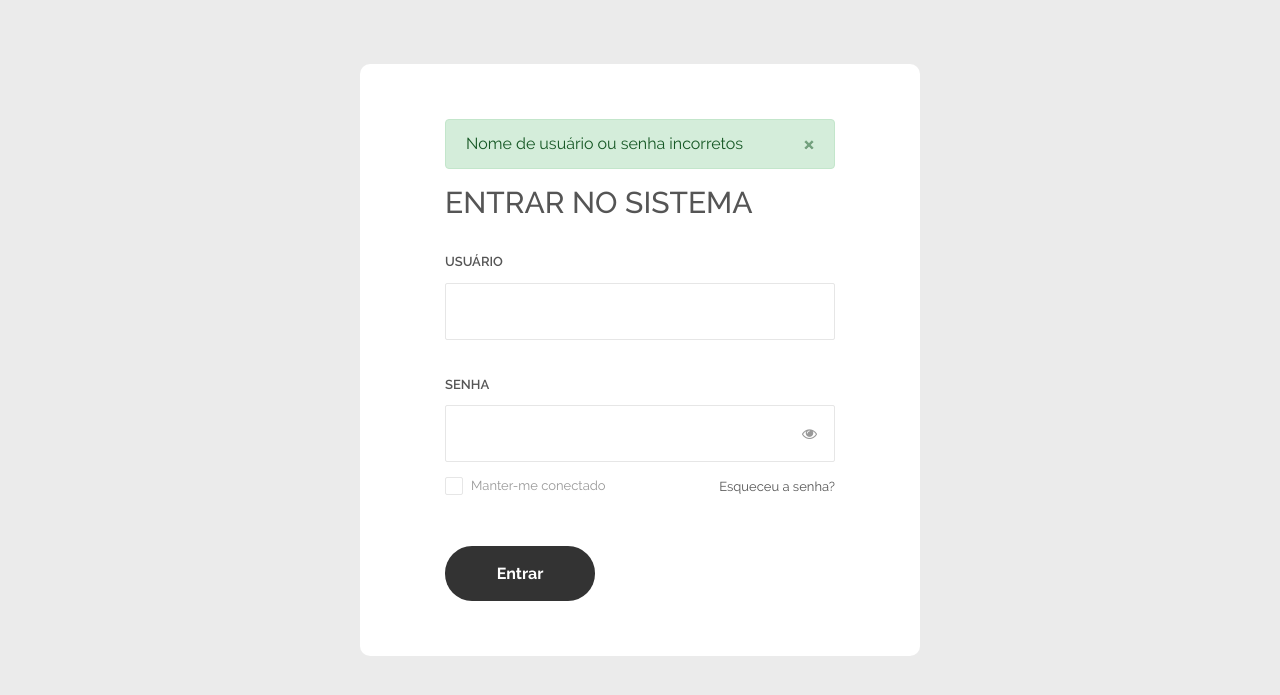
Repository: cauezito/JdevTreinamento
Page: http://localhost/Projeto_JSP/Login
The author's editor kept a copy of each file at every save. The page is drawn from the files as they stood at one save, then again after the next save.
The browser window is 1280 px wide. The pictures show the whole page.
The page is served by Tomcat 9. Other server files are loaded and not shown. Queries for data that is not in the repository find no rows.

Above is the page before, as saved 2020-06-16 13:19:28.

### Projeto JSP/WebContent/login.jsp
<jsp:useBean id="user" class="br.com.cauezito.beans.UserBean" type="br.com.cauezito.beans.UserBean" scope="page"/>
<%@ page language="java" contentType="text/html; charset=ISO-8859-1"
    pageEncoding="ISO-8859-1"%>
<%@ taglib uri="http://java.sun.com/jsp/jstl/core" prefix="c" %>
<!DOCTYPE html>
<html>
<head>
<meta name="viewport" content="width=device-width, initial-scale=0.8">
<meta charset="ISO-8859-1">
<title>Entrar</title>
	<link rel="icon" type="image/png" href="Login/images/icons/favicon.ico"/>
	<link rel="stylesheet" type="text/css" href="vendor/bootstrap/css/bootstrap.min.css">
	<link rel="stylesheet" type="text/css" href="Login/fonts/font-awesome-4.7.0/css/font-awesome.min.css">
	<link rel="stylesheet" type="text/css" href="Login/fonts/Linearicons-Free-v1.0.0/icon-font.min.css">
	<link rel="stylesheet" type="text/css" href="vendor/animate/animate.css">
	<link rel="stylesheet" type="text/css" href="vendor/css-hamburgers/hamburgers.min.css">
	<link rel="stylesheet" type="text/css" href="vendor/animsition/css/animsition.min.css">
	<link rel="stylesheet" type="text/css" href="vendor/select2/select2.min.css">
	<link rel="stylesheet" type="text/css" href="vendor/daterangepicker/daterangepicker.css">
	<link rel="stylesheet" type="text/css" href="Login/css/util.css">
	<link rel="stylesheet" type="text/css" href="Login/css/main.css">
</head>
<body>

<div class="limiter">
		<div class="container-login100">
			<div class="wrap-login100 p-l-85 p-r-85 p-t-55 p-b-55">
			<c:if test="${msg != null}">
				<div class="alert alert-success alert-dismissible fade show"
				role="alert">
					${msg}
					<button type="button" class="close" data-dismiss="alert"
						aria-label="Close">
						<span aria-hidden="true">&times;</span>
					</button>
				</div>
			</c:if>
				<form class="login100-form validate-form flex-sb flex-w" action="Login" method="post">
					<span class="login100-form-title p-b-32">
						Entrar no sistema
					</span>

					<span class="txt1 p-b-11">
						Usuário
					</span>
					<div class="wrap-input100 validate-input m-b-36" data-validate = "O usuário é necessário">
						<input class="input100" type="text" name="login" id="Login" >
						<span class="focus-input100"></span>
					</div>

					<span class="txt1 p-b-11">
						Senha
					</span>
					<div class="wrap-input100 validate-input m-b-12" data-validate = "A senha é necessária!">
						<span class="btn-show-pass">
							<i class="fa fa-eye"></i>
						</span>
						<input class="input100" type="password" name="password" id="password" >
						<span class="focus-input100"></span>
					</div>

					<div class="flex-sb-m w-full p-b-48">
						<div class="contact100-form-checkbox">
							<input class="input-checkbox100" id="ckb1" type="checkbox" name="remember-me">
							<label class="label-checkbox100" for="ckb1">
								Manter-me conectado
							</label>
						</div>

						<div>
							<a href="#" class="txt3">
								Esqueceu a senha?
							</a>
						</div>
					</div>

					<div class="container-login100-form-btn">
						<button class="login100-form-btn" type="submit">
							Entrar
						</button>
					</div>

				</form>
			</div>
		</div>
	</div>


	<div id="dropDownSelect1"></div>

	<script src="vendor/jquery/jquery-3.2.1.min.js"></script>
	<script src="vendor/animsition/js/animsition.min.js"></script>
	<script src="vendor/bootstrap/js/popper.js"></script>
	<script src="vendor/bootstrap/js/bootstrap.min.js"></script>
	<script src="vendor/select2/select2.min.js"></script>
	<script src="vendor/daterangepicker/moment.min.js"></script>
	<script src="vendor/daterangepicker/daterangepicker.js"></script>
	<script src="vendor/countdowntime/countdowntime.js"></script>
	<script src="Login/js/main.js"></script>


</body>
</html>

### Projeto JSP/src/br/com/cauezito/servlets/Login.java
package br.com.cauezito.servlets;

import java.io.IOException;
import java.sql.SQLException;

import javax.servlet.RequestDispatcher;
import javax.servlet.ServletException;
import javax.servlet.annotation.WebServlet;
import javax.servlet.http.HttpServlet;
import javax.servlet.http.HttpServletRequest;
import javax.servlet.http.HttpServletResponse;

import br.com.cauezito.dao.LoginDao;

@WebServlet("/Login")
public class Login extends HttpServlet {
	private static final long serialVersionUID = 1L;
	private LoginDao loginDao = new LoginDao();


    public Login() {
        super();
    }


	protected void doGet(HttpServletRequest request, HttpServletResponse response) throws ServletException, IOException {
		doPost(request, response);
	}


	protected void doPost(HttpServletRequest request, HttpServletResponse response) throws ServletException, IOException {
		String login = request.getParameter("login");
		String password = request.getParameter("password");

		try {
			if(loginDao.validateLogin(login, password)) {
				RequestDispatcher dispatcher = request.getRequestDispatcher("main.jsp");
				dispatcher.forward(request, response);

			} else {
				RequestDispatcher dispatcher = request.getRequestDispatcher("login.jsp");
				request.setAttribute("msg", "Nome de usuário ou senha incorretos");
				dispatcher.forward(request, response);
			}
		} catch (SQLException e) {
			e.printStackTrace();
		}

	}

}

### Projeto JSP/src/br/com/cauezito/beans/UserBean.java
package br.com.cauezito.beans;

public class UserBean {
	private Long id;
	private String login;
	private String password;
	private String name;
	private String lastName;
	private String gender;
	private String phone;


	public Long getId() {
		return id;
	}
	public void setId(Long id) {
		this.id = id;
	}
	public String getLogin() {
		return login;
	}
	public void setLogin(String login) {
		this.login = login;
	}
	public String getPassword() {
		return password;
	}
	public void setPassword(String password) {
		this.password = password;
	}
	public String getName() {
		return name;
	}
	public void setName(String name) {
		this.name = name;
	}
	public String getLastName() {
		return lastName;
	}
	public void setLastName(String lastName) {
		this.lastName = lastName;
	}
	public String getGender() {
		return gender;
	}
	public void setGender(String gender) {
		this.gender = gender;
	}
	public String getPhone() {
		return phone;
	}
	public void setPhone(String phone) {
		this.phone = phone;
	}

}

### Projeto JSP/WebContent/Login/css/main.css




/*//////////////////////////////////////////////////////////////////
[ FONT ]*/

@font-face {
  font-family: Raleway-Regular;
  src: url('../fonts/raleway/Raleway-Regular.ttf');
}

@font-face {
  font-family: Raleway-Medium;
  src: url('../fonts/raleway/Raleway-Medium.ttf');
}

@font-face {
  font-family: Raleway-SemiBold;
  src: url('../fonts/raleway/Raleway-SemiBold.ttf');
}

@font-face {
  font-family: Raleway-Bold;
  src: url('../fonts/raleway/Raleway-Bold.ttf');
}

/*//////////////////////////////////////////////////////////////////
[ RESTYLE TAG ]*/

* {
	margin: 0px;
	padding: 0px;
	box-sizing: border-box;
}

body, html {
	height: 100%;
	font-family: Raleway-Regular, sans-serif;
}

/*---------------------------------------------*/
a {
	font-family: Raleway-Regular;
	font-size: 14px;
	line-height: 1.7;
	color: #666666;
	margin: 0px;
	transition: all 0.4s;
	-webkit-transition: all 0.4s;
  -o-transition: all 0.4s;
  -moz-transition: all 0.4s;
}

a:focus {
	outline: none !important;
}

a:hover {
	text-decoration: none;
  color: #57b846;
}

/*---------------------------------------------*/
h1,h2,h3,h4,h5,h6 {
	margin: 0px;
}

p {
	font-family: Raleway-Regular;
	font-size: 14px;
	line-height: 1.7;
	color: #666666;
	margin: 0px;
}

ul, li {
	margin: 0px;
	list-style-type: none;
}


/*---------------------------------------------*/
input {
	outline: none;
	border: none;
}

textarea {
  outline: none;
  border: none;
}

textarea:focus, input:focus {
  border-color: transparent !important;
}

input:focus::-webkit-input-placeholder { color:transparent; }
input:focus:-moz-placeholder { color:transparent; }
input:focus::-moz-placeholder { color:transparent; }
input:focus:-ms-input-placeholder { color:transparent; }

textarea:focus::-webkit-input-placeholder { color:transparent; }
textarea:focus:-moz-placeholder { color:transparent; }
textarea:focus::-moz-placeholder { color:transparent; }
textarea:focus:-ms-input-placeholder { color:transparent; }

input::-webkit-input-placeholder { color: #999999;}
input:-moz-placeholder { color: #999999;}
input::-moz-placeholder { color: #999999;}
input:-ms-input-placeholder { color: #999999;}

textarea::-webkit-input-placeholder { color: #999999;}
textarea:-moz-placeholder { color: #999999;}
textarea::-moz-placeholder { color: #999999;}
textarea:-ms-input-placeholder { color: #999999;}

label {
  display: block;
  margin: 0;
}

/*---------------------------------------------*/
button {
	outline: none !important;
	border: none;
	background: transparent;
}

button:hover {
	cursor: pointer;
}

iframe {
	border: none !important;
}


/*//////////////////////////////////////////////////////////////////
[ Utility ]*/
.txt1 {
  font-family: Raleway-SemiBold;
  font-size: 13px;
  color: #555555;
  line-height: 1.4;
  text-transform: uppercase;
}

.txt2 {
  font-family: Raleway-Regular;
  font-size: 13px;
  color: #999999;
  line-height: 1.4;
}

.txt3 {
  font-family: Raleway-Regular;
  font-size: 13px;
  color: #555555;
  line-height: 1.4;
}


/*//////////////////////////////////////////////////////////////////
[ login ]*/

.limiter {
  width: 100%;
  margin: 0 auto;
}

.container-login100 {
  width: 100%;
  min-height: 100vh;
  display: -webkit-box;
  display: -webkit-flex;
  display: -moz-box;
  display: -ms-flexbox;
  display: flex;
  flex-wrap: wrap;
  justify-content: center;
  align-items: center;
  padding: 15px;

  background-color: #ebebeb;
}


.wrap-login100 {
  width: 560px;
  background: #fff;
  border-radius: 10px;
  position: relative;
}


/*==================================================================
[ Form ]*/

.login100-form {
  width: 100%;
}

.login100-form-title {
  font-family: Raleway-Medium;
  font-size: 30px;
  color: #555555;
  line-height: 1.2;
  text-transform: uppercase;
  text-align: left;

  width: 100%;
  display: block;
}



/*------------------------------------------------------------------
[ Input ]*/

.wrap-input100 {
  width: 100%;
  position: relative;
  background-color: #fff;
  border: 1px solid #e6e6e6;
  border-radius: 2px;
}


/*---------------------------------------------*/
.input100 {
  font-family: Raleway-Medium;
  color: #555555;
  line-height: 1.2;
  font-size: 18px;

  display: block;
  width: 100%;
  background: transparent;
  height: 55px;
  padding: 0 25px 0 25px;
}
/*------------------------------------------------------------------
[ Focus Input ]*/

.focus-input100 {
  position: absolute;
  display: block;
  width: calc(100% + 2px);
  height: calc(100% + 2px);
  top: -1px;
  left: -1px;
  pointer-events: none;
  border: 1px solid #57b846;
  border-radius: 3px;

  visibility: hidden;
  opacity: 0;

  -webkit-transition: all 0.4s;
  -o-transition: all 0.4s;
  -moz-transition: all 0.4s;
  transition: all 0.4s;

  -webkit-transform: scaleX(1.1) scaleY(1.3);
  -moz-transform: scaleX(1.1) scaleY(1.3);
  -ms-transform: scaleX(1.1) scaleY(1.3);
  -o-transform: scaleX(1.1) scaleY(1.3);
  transform: scaleX(1.1) scaleY(1.3);
}

.input100:focus + .focus-input100 {
  visibility: visible;
  opacity: 1;

  -webkit-transform: scale(1);
  -moz-transform: scale(1);
  -ms-transform: scale(1);
  -o-transform: scale(1);
  transform: scale(1);
}

.eff-focus-selection {
  visibility: visible;
  opacity: 1;

  -webkit-transform: scale(1);
  -moz-transform: scale(1);
  -ms-transform: scale(1);
  -o-transform: scale(1);
  transform: scale(1);
}

/*---------------------------------------------*/
.btn-show-pass {
  font-size: 15px;
  color: #999999;

  display: -webkit-box;
  display: -webkit-flex;
  display: -moz-box;
  display: -ms-flexbox;
  display: flex;
  align-items: center;
  position: absolute;
  height: 100%;
  top: 0;
  right: 12px;
  padding: 0 5px;
  cursor: pointer;
  -webkit-transition: background 0.4s;
  -o-transition: background 0.4s;
  -moz-transition: background 0.4s;
  transition: background 0.4s;
}

.btn-show-pass:hover {
  color: #57b846;
}

.btn-show-pass.active {
  color: #57b846;
}

/*==================================================================
[ Restyle Checkbox ]*/

.input-checkbox100 {
  display: none;
}

.label-checkbox100 {
  font-family: Raleway-Regular;
  font-size: 13px;
  color: #999999;
  line-height: 1.4;

  display: block;
  position: relative;
  padding-left: 26px;
  cursor: pointer;
}

.label-checkbox100::before {
  content: "\f00c";
  font-family: FontAwesome;
  font-size: 13px;
  color: transparent;

  display: -webkit-box;
  display: -webkit-flex;
  display: -moz-box;
  display: -ms-flexbox;
  display: flex;
  justify-content: center;
  align-items: center;
  position: absolute;
  width: 18px;
  height: 18px;
  border-radius: 2px;
  background: #fff;
  border: 1px solid #e6e6e6;
  left: 0;
  top: 50%;
  -webkit-transform: translateY(-50%);
  -moz-transform: translateY(-50%);
  -ms-transform: translateY(-50%);
  -o-transform: translateY(-50%);
  transform: translateY(-50%);
}

.input-checkbox100:checked + .label-checkbox100::before {
  color: #57b846;
}


/*------------------------------------------------------------------
[ Button ]*/
.container-login100-form-btn {
  width: 100%;
  display: -webkit-box;
  display: -webkit-flex;
  display: -moz-box;
  display: -ms-flexbox;
  display: flex;
  flex-wrap: wrap;
}

.login100-form-btn {
  font-family: Raleway-Bold;
  font-size: 16px;
  color: #fff;
  line-height: 1.2;

  display: -webkit-box;
  display: -webkit-flex;
  display: -moz-box;
  display: -ms-flexbox;
  display: flex;
  justify-content: center;
  align-items: center;
  padding: 0 20px;
  min-width: 150px;
  height: 55px;
  background-color: #333333;
  border-radius: 27px;

  -webkit-transition: all 0.4s;
  -o-transition: all 0.4s;
  -moz-transition: all 0.4s;
  transition: all 0.4s;
}

.login100-form-btn:hover {
  background-color: #57b846;
}


/*------------------------------------------------------------------
[ Alert validate ]*/

.validate-input {
  position: relative;
}

.alert-validate .btn-show-pass {
  visibility: hidden;
}

.alert-validate::before {
  content: attr(data-validate);
  position: absolute;
  max-width: 70%;
  background-color: #fff;
  border: 1px solid #c80000;
  border-radius: 3px;
  padding: 4px 25px 5px 10px;
  top: 50%;
  -webkit-transform: translateY(-50%);
  -moz-transform: translateY(-50%);
  -ms-transform: translateY(-50%);
  -o-transform: translateY(-50%);
  transform: translateY(-50%);
  right: 12px;
  pointer-events: none;

  font-family: Raleway-Medium;
  color: #c80000;
  font-size: 14px;
  line-height: 1.4;
  text-align: left;

  visibility: hidden;
  opacity: 0;

  -webkit-transition: opacity 0.4s;
  -o-transition: opacity 0.4s;
  -moz-transition: opacity 0.4s;
  transition: opacity 0.4s;
}

.alert-validate::after {
  content: "\f12a";
  font-family: FontAwesome;
  display: block;
  position: absolute;
  color: #c80000;
  font-size: 18px;
  top: 50%;
  -webkit-transform: translateY(-50%);
  -moz-transform: translateY(-50%);
  -ms-transform: translateY(-50%);
  -o-transform: translateY(-50%);
  transform: translateY(-50%);
  right: 18px;
}

.alert-validate:hover:before {
  visibility: visible;
  opacity: 1;
}

@media (max-width: 992px) {
  .alert-validate::before {
    visibility: visible;
    opacity: 1;
  }
}


/*//////////////////////////////////////////////////////////////////
[ Responsive ]*/

@media (max-width: 576px) {
  .wrap-login100 {
    padding-left: 15px;
    padding-right: 15px;
  }
}

Loaded but not shown: Projeto JSP/WebContent/Login/fonts/font-awesome-4.7.0/css/font-awesome.min.css (library); Projeto JSP/WebContent/Login/fonts/Linearicons-Free-v1.0.0/icon-font.min.css (library); Projeto JSP/WebContent/Login/js/main.js (75 lines, source omitted); Projeto JSP/WebContent/Login/css/util.css (2984 lines, source omitted)

After the next save:
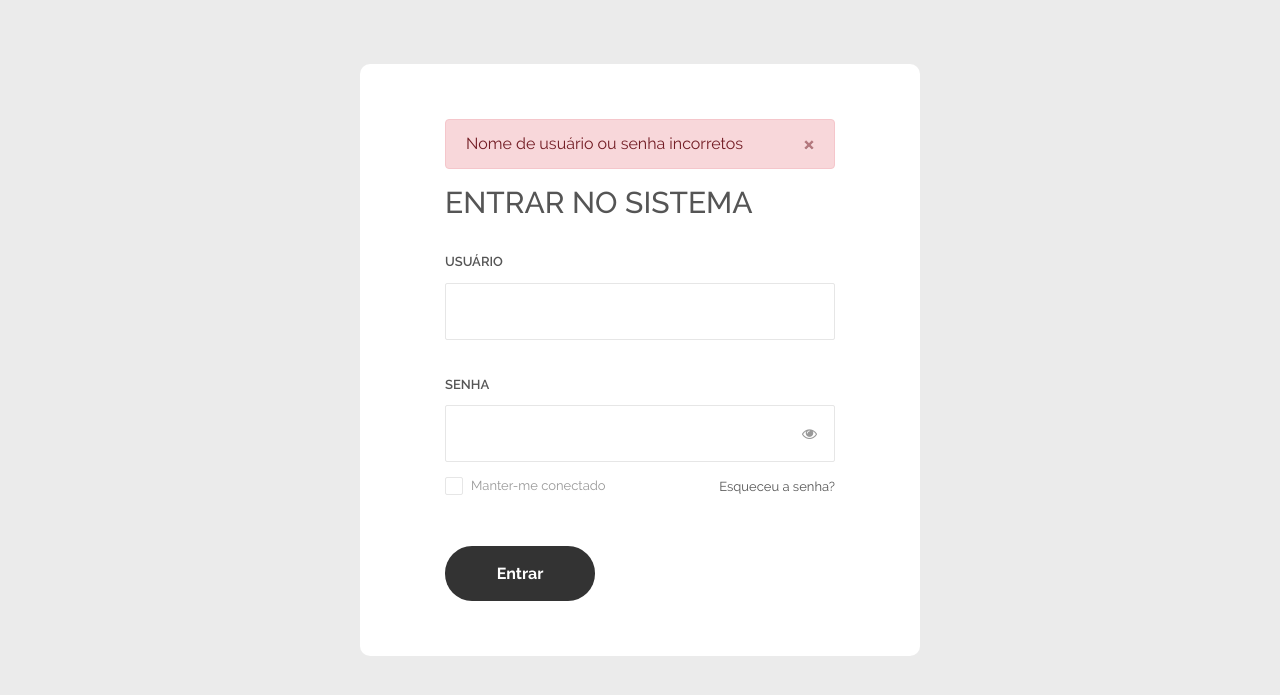
Saved 2 min 10 s later.
--- a/Projeto JSP/WebContent/login.jsp
+++ b/Projeto JSP/WebContent/login.jsp
@@ -26,7 +26,7 @@
 		<div class="container-login100">
 			<div class="wrap-login100 p-l-85 p-r-85 p-t-55 p-b-55">
 			<c:if test="${msg != null}">
-				<div class="alert alert-success alert-dismissible fade show"
+				<div class="alert alert-danger alert-dismissible fade show"
 				role="alert">
 					${msg}
 					<button type="button" class="close" data-dismiss="alert"
